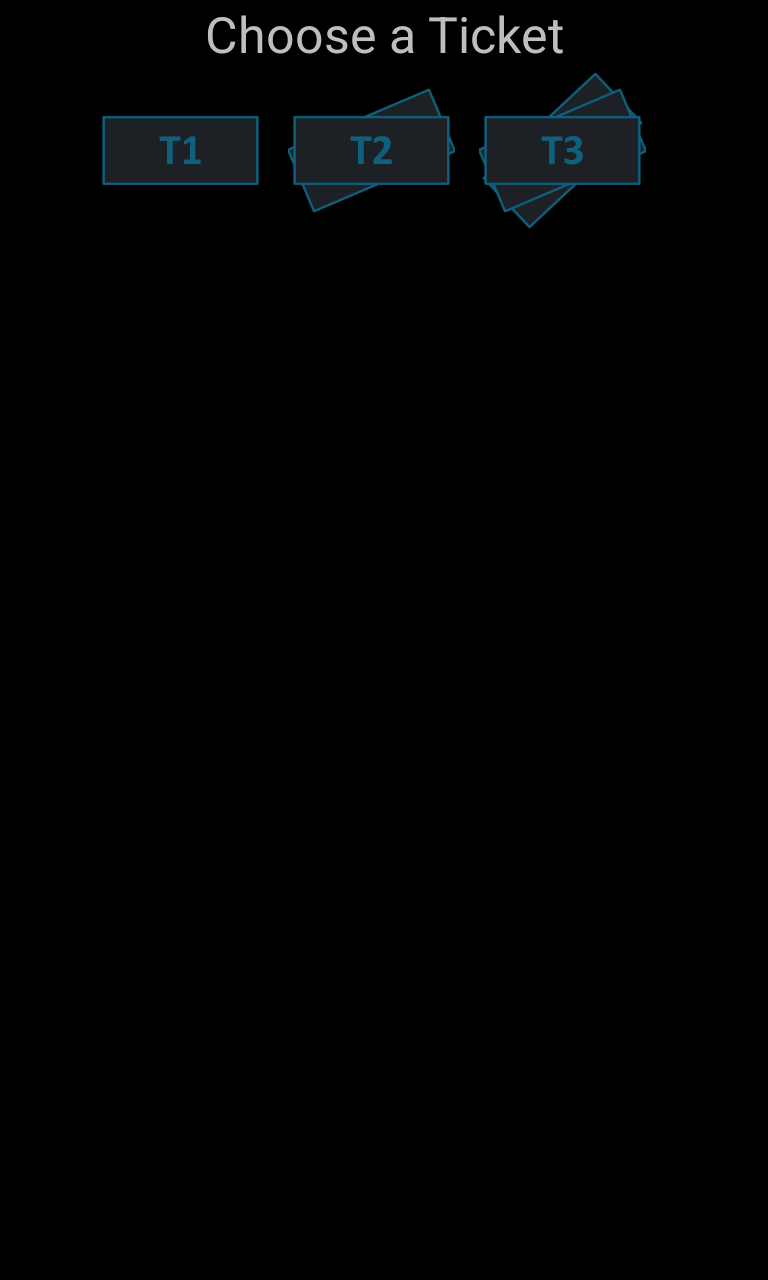
Repository: Nelspike/BusTicketer
Layout: PassengerMode/res/layout/fragment_show_tickets.xml
The author's editor kept a copy of each file at every save. The layout is drawn from the files as they stood at one save, then again after the next save.
It is drawn on a 768 x 1280 px phone screen (xhdpi) without system bars, with theme AppTheme; the app's code is not run.

Above is the layout before, as saved 2013-10-19 20:05:41.

### PassengerMode/res/layout/fragment_show_tickets.xml
<FrameLayout xmlns:android="http://schemas.android.com/apk/res/android"
    xmlns:tools="http://schemas.android.com/tools"
    android:layout_width="match_parent"
    android:layout_height="match_parent"
    tools:context=".ShowTicketsFragment" >

    <LinearLayout
        android:layout_width="match_parent"
        android:layout_height="wrap_content"
        android:orientation="vertical">

	    <TextView
	        android:layout_width="match_parent"
	        android:layout_height="wrap_content"
	        android:text="@string/show_tickets_title"
	        android:textSize="25sp"
	        android:gravity="center"/>

		<RadioGroup
		    android:layout_width="match_parent"
		    android:layout_height="wrap_content"
		    android:orientation="horizontal"
		    android:gravity="center">

		    <RadioButton
		        android:button="@drawable/t1"
		        android:paddingLeft="12dp"/>

		    <RadioButton
		        android:button="@drawable/t2"
		        android:paddingLeft="12dp"/>

		    <RadioButton
		        android:button="@drawable/t3"
		        android:paddingLeft="12dp"/>

		</RadioGroup>

    </LinearLayout>




</FrameLayout>

### PassengerMode/res/values/styles.xml
<resources>

    <!--
        Base application theme, dependent on API level. This theme is replaced
        by AppBaseTheme from res/values-vXX/styles.xml on newer devices.
    -->
    <style name="AppBaseTheme" parent="android:Theme.Holo">
        <!--
            Theme customizations available in newer API levels can go in
            res/values-vXX/styles.xml, while customizations related to
            backward-compatibility can go here.
        -->
    </style>

    <!-- Application theme. -->
    <style name="AppTheme" parent="android:Theme.Holo">
        <!-- All customizations that are NOT specific to a particular API-level can go here. -->
    </style>

</resources>

### PassengerMode/res/values/strings.xml
<?xml version="1.0" encoding="utf-8"?>
<resources>

    <string name="app_name">Passenger Mode</string>
    <string name="action_settings">Settings</string>
    <string name="hello_world">Hello world!</string>
    <string name="welcome_string">Welcome to Bus Ticketer!</string>
    <string name="splash_screen_description">Splash Screen Logo</string>
    <string name="splash_screen_terms">Lorem ipsum dolor sit amet, consectetur adipiscing elit. In porta cursus lacus ut porta. Ut luctus et urna eu malesuada. Donec magna diam, mollis molestie est eu, bibendum semper quam. Curabitur rhoncus iaculis nisi ut luctus. Pellentesque habitant morbi tristique senectus et netus et malesuada fames ac turpis egestas. Ut luctus gravida massa, a posuere nunc sagittis ac. Maecenas porta nisi sed interdum varius. Nunc tincidunt turpis nec orci interdum sollicitudin in at nulla. Integer non lorem a elit elementum iaculis consectetur vel ipsum. Aenean sed eros laoreet, egestas lacus eu, accumsan risus. Aliquam consequat sagittis urna, quis accumsan felis malesuada sed.</string>
    <string name="splash_screen_name_label">Name:</string>
    <string name="splash_screen_card_label">CC No.:</string>
    <string name="splash_screen_register_button">Register it up!</string>
    <string name="title_activity_central">CentralActivity</string>
    <string name="hello_blank_fragment">Hello blank fragment</string>
    <string name="description">Generic Description</string>
    <string name="validate_ticket">Validate!</string>
    <string name="show_tickets_title">Choose a Ticket</string>

</resources>

After the next save:
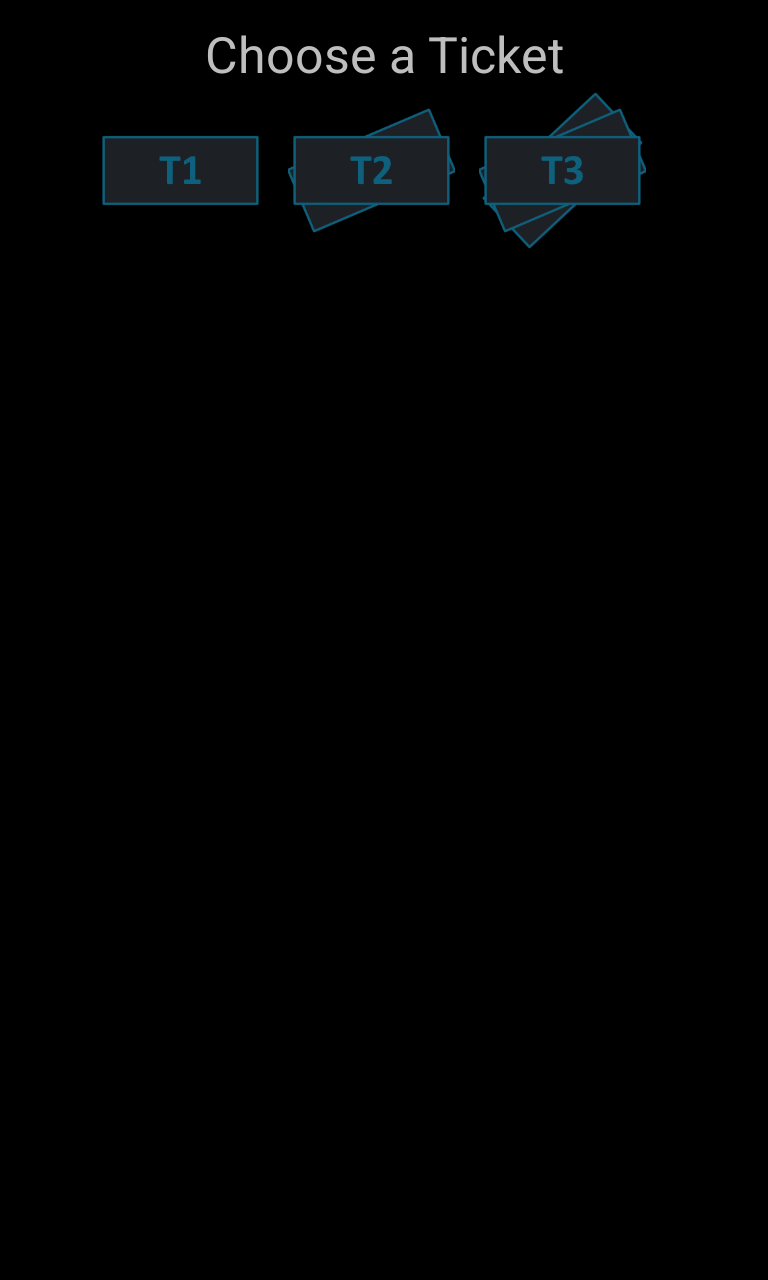
Saved 27 s later.
--- a/PassengerMode/res/layout/fragment_show_tickets.xml
+++ b/PassengerMode/res/layout/fragment_show_tickets.xml
@@ -7,7 +7,8 @@
     <LinearLayout
         android:layout_width="match_parent"
         android:layout_height="wrap_content"
-        android:orientation="vertical">
+        android:orientation="vertical"
+        android:paddingTop="10dp">
 
 	    <TextView
 	        android:layout_width="match_parent"
